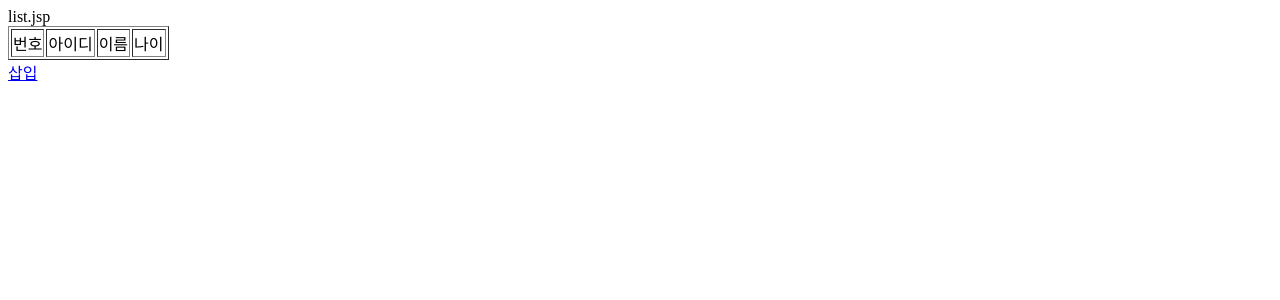
Repository: ChanhoPark-s/academyStudy
Page: http://localhost/11_DB_Person/list
These files come from the project's save history. The page is drawn as it stood at one moment and after the next save; the edit follows.
The browser window is 1280 px wide. The pictures show the whole page.
The page is served by Tomcat 9. Other server files are loaded and not shown. Queries for data that is not in the repository find no rows.

Above is the page before, as saved 2022-08-22 01:44:49.

### 11_DB_Person/src/main/webapp/WEB-INF/views/list.jsp
<%@ page language="java" contentType="text/html; charset=UTF-8"
    pageEncoding="UTF-8"%>
    <%@ taglib prefix="c" uri="http://java.sun.com/jsp/jstl/core" %>
    <%@ taglib prefix="fn" uri="http://java.sun.com/jsp/jstl/functions" %>
list.jsp<br>
<table border="1">
	<tr>
		<td>번호</td>
		<td>아이디</td>
		<td>이름</td>
		<td>나이</td>
	</tr>
	<c:forEach var="p" items="${lists }">
		<tr>
			<td>${p.num }</td>
			<td>${p.id }</td>
			<td>${p.name }</td>
			<td>${p.age }</td>
		</tr>
	</c:forEach>

</table>
<a href="form">삽입</a>

### 11_DB_Person/src/main/java/com/spring/ex/command/PListCommand.java
package com.spring.ex.command;

import java.util.ArrayList;

import org.springframework.ui.Model;

import com.spring.ex.dao.PDao;
import com.spring.ex.dto.PDto;

public class PListCommand implements PCommand{

	@Override
	public void execute(Model model) {

		PDao dao = PDao.getInstance();
		ArrayList<PDto> lists =  dao.getAllData();
		model.addAttribute("lists",lists);
	}

}

### 11_DB_Person/src/main/java/com/spring/ex/dao/PDao.java
package com.spring.ex.dao;

import java.sql.Connection;
import java.sql.DriverManager;
import java.sql.PreparedStatement;
import java.sql.ResultSet;
import java.sql.SQLException;
import java.util.ArrayList;

import com.spring.ex.dto.PDto;

public class PDao {
	String driver = "oracle.jdbc.driver.OracleDriver";
    String url = "jdbc:oracle:thin:@localhost:1521:orcl";
    String id = "jspid";
    String pw = "jsppw";
    Connection conn = null;
    PreparedStatement ps =null;
    ResultSet rs = null;

	private static PDao instance;

	public static PDao getInstance() {
		if(instance==null) {
			instance = new PDao();
		}
		return instance;
	}

	private PDao(){
        try {
           Class.forName(driver);
           conn = DriverManager.getConnection(url, id, pw);
           System.out.println("연결 성공");
        } catch (ClassNotFoundException | SQLException e) {
           System.out.println("연결 실패");
        }
     }//



	//===========================================================================

	public void write(String id,String name, String age) {

		String sql = "insert into person values(person_seq.nextval,?,?,?)";

		try {
			ps = conn.prepareStatement(sql);

			ps.setString(1, id);
			ps.setString(2, name);
			ps.setString(3, age);

			ps.executeUpdate();

		} catch (SQLException e) {
			System.out.println("write sql error");
		}finally {
			try {
				if(ps!=null)
				ps.close();
			} catch (SQLException e) {
				e.printStackTrace();
			}
		}
	}//write

//============================================================================================

	public ArrayList<PDto> getAllData() {

		ArrayList<PDto> lists = new ArrayList<PDto>();

		String sql = "select * from person order by num";
		try {
			ps = conn.prepareStatement(sql);

			rs = ps.executeQuery();


			while(rs.next()) {
				PDto pdto = new PDto();

				pdto.setNum(rs.getInt("num"));
				pdto.setId(rs.getString("id"));
				pdto.setName(rs.getString("name"));
				pdto.setAge(rs.getInt("age"));

				lists.add(pdto);
			}

		} catch (SQLException e) {
			System.out.println("getAllData sql error");
		} finally {
			try {
				if (rs != null)
					rs.close();
				if (ps != null)
					ps.close();
			} catch (SQLException e) {
				e.printStackTrace();
			}
		}

		return lists;
	}//getAllData
//============================================================================================


//============================================================================================



//============================================================================================

}

After the next save:
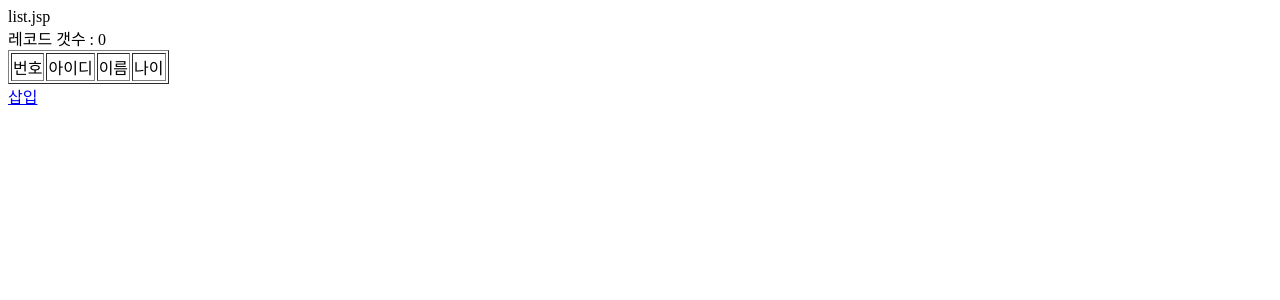
Saved 25 s later.
--- a/11_DB_Person/src/main/webapp/WEB-INF/views/list.jsp
+++ b/11_DB_Person/src/main/webapp/WEB-INF/views/list.jsp
@@ -3,6 +3,8 @@
     <%@ taglib prefix="c" uri="http://java.sun.com/jsp/jstl/core" %>
     <%@ taglib prefix="fn" uri="http://java.sun.com/jsp/jstl/functions" %>
 list.jsp<br>
+레코드 갯수 : ${fn:length(lists) } <br>
+
 <table border="1">
 	<tr>
 		<td>번호</td>
